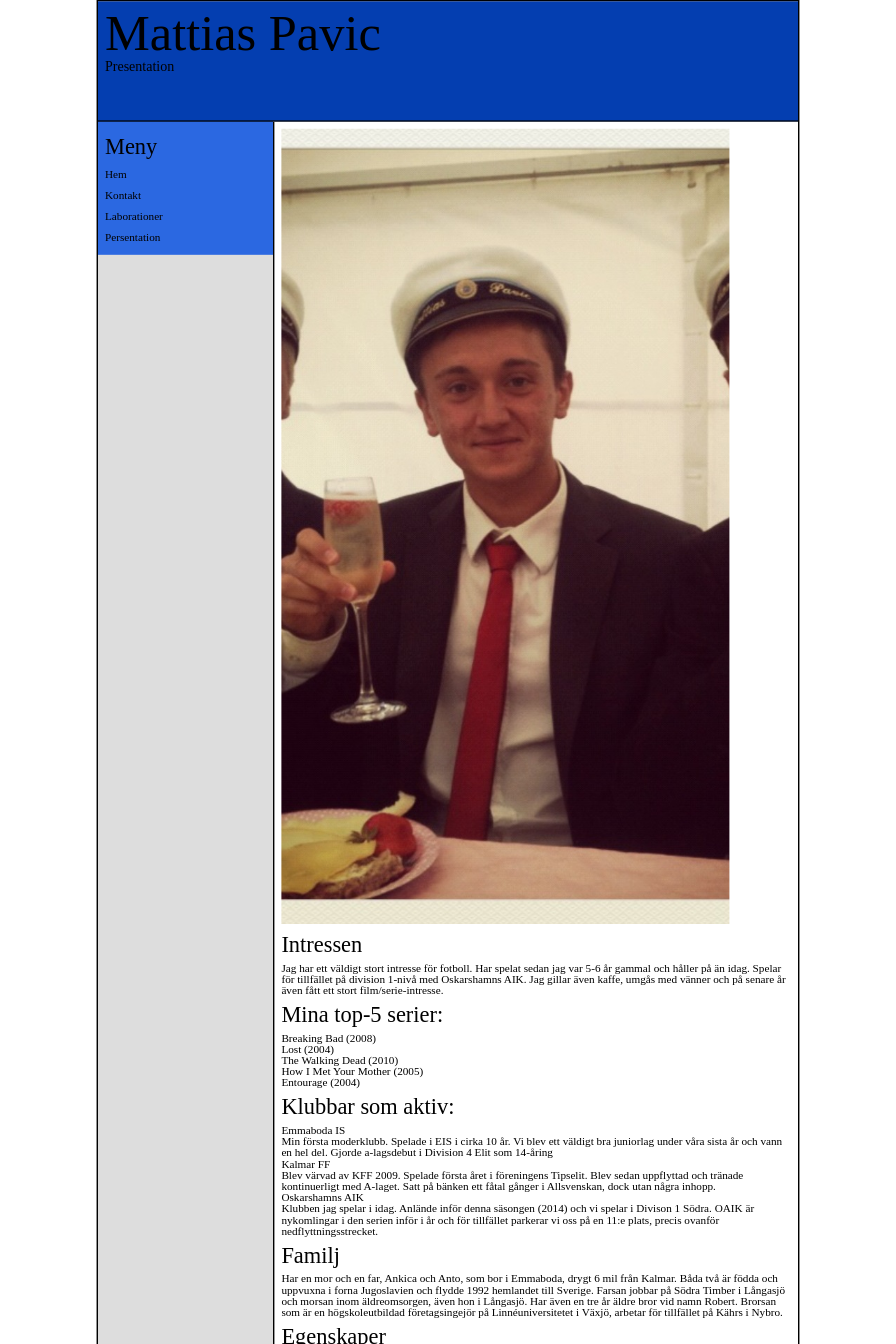
Repository: mp222sf/1ik415-laborationer
Page: pages/presentation.html
The author's editor kept a record of every edit. The page is drawn from the files as they stood at one moment, then again after the next edit.
The browser window is 1280 px wide. The pictures show the part of the page from y = 0 to 1920 px (the page is 2623 px tall), at 70% of full size.

Above is the page before.

### pages/presentation.html
<!doctype html>
<html lang="sv">
    <head>
        <meta charset="utf-8" />
        <title>Mattias Pavic</title>
        <link rel="stylesheet" href="../css/style.css" />
    </head>
    <body>
        <div id="cointainer">
            <div id="header">
                <h1>Mattias Pavic</h1>
                <h3>Presentation</h3>
            </div>
            <div id="navigation">
                <h4>Meny</h4>
                <a href="../index.html">Hem</a><br>
                <a href="kontakt.html">Kontakt</a><br>
                <a href="laborationer.html">Laborationer</a><br>
                <a href="presentation.html">Persentation</a><br>
            </div>
            <div id="content">
                <!--Här skriver vi infomationen om mina intressen.-->

                <p><img id="jag_presentation" src="../pics/jag_presentation.jpg" alt="Bild på Mattias Pavic" /></p>

                <h3>Intressen</h3>
                <p> Jag har ett väldigt stort intresse för fotboll. Har spelat sedan jag var 5-6 år gammal och håller på än idag.
                    Spelar för tillfället på division 1-nivå med Oskarshamns AIK.
                    Jag gillar även kaffe, umgås med vänner och på senare år även fått ett stort film/serie-intresse.</p>

                <h3>Mina top-5 serier:</h3>
                <ol>
                    <li><a target="_blank" href="http://www.imdb.com/title/tt0903747/?ref_=nv_sr_1">Breaking Bad</a> (2008)</li>
                    <li><a target="_blank" href="http://www.imdb.com/title/tt0411008/?ref_=nv_sr_1">Lost</a> (2004)</li>
                    <li><a target="_blank" href="http://www.imdb.com/title/tt1520211/?ref_=nv_sr_1">The Walking Dead</a> (2010)</li>
                    <li><a target="_blank" href="http://www.imdb.com/title/tt0460649/?ref_=nv_sr_1">How I Met Your Mother</a> (2005)</li>
                    <li><a target="_blank" href="http://www.imdb.com/title/tt0387199/?ref_=nv_sr_1">Entourage</a> (2004)</li>
                </ol>

                <h3>Klubbar som aktiv:</h3>
                <dl>
                    <dt><strong>Emmaboda IS</strong></dt>
                        <dd>Min första moderklubb. Spelade i EIS i cirka 10 år. Vi blev ett väldigt bra juniorlag under våra sista år och vann en hel del. Gjorde a-lagsdebut i Division 4 Elit som 14-åring</dd>
                    <dt><strong>Kalmar FF</strong></dt>
                        <dd>Blev värvad av KFF 2009. Spelade första året i föreningens Tipselit. Blev sedan uppflyttad och tränade kontinuerligt med A-laget. Satt på bänken ett fåtal gånger i Allsvenskan, dock utan några inhopp.</dd>
                    <dt><strong>Oskarshamns AIK</strong></dt>
                        <dd>Klubben jag spelar i idag. Anlände inför denna säsongen (2014) och vi spelar i Divison 1 Södra. OAIK är nykomlingar i den serien inför i år och för tillfället parkerar vi oss på en 11:e plats, precis ovanför nedflyttningsstrecket.</dd>
                </dl>

                <h3>Familj</h3>
                <p> Har en mor och en far, Ankica och Anto, som bor i Emmaboda, drygt 6 mil från Kalmar.
                    Båda två är födda och uppvuxna i forna Jugoslavien och flydde 1992 hemlandet till Sverige.
                    Farsan jobbar på Södra Timber i Långasjö och morsan inom äldreomsorgen, även hon i Långasjö.
                    Har även en tre år äldre bror vid namn Robert.
                    Brorsan som är en högskoleutbildad företagsingejör på Linnéuniversitetet i Växjö, arbetar för tillfället på Kährs i Nybro.</p>

                <!--Listan ger Error i Validator. Förstår ej?!.-->
                <h3>Egenskaper</h3>
                <ul>
                    <li><h4>Bra på?</h4>
                        <ul>
                            <li>Passa tider</li>
                            <li>Fotboll</li>
                            <li>Matematik</li>
                            <li>Sträckglo på tv-serier.</li>
                        </ul>
                    </li>
                   <li><h4>Något sämre på?</h4>
                        <ul>
                            <li>Kliva upp på morgon.</li>
                            <li>Komma ihåg saker.</li>
                        </ul>
                    </li>
                </ul>

                <h3>Tidigare utbildning</h3>
                <p> Studerade Samhällskunskap/Idrott på Stagneliusskolan och tog studenten därifrån 2012. Det var tre fantastiska år i Kalmar där jag kunde kombinera fotbollen med en bra och bred utbildning.</p>

                <h3>Arbetslivserfarenhet</h3>
                <p> Arbetade på Be-Ge Industri AB tidigare iår i drygt 5 månader.
                    Var anställd på en avdelning vid namn Vinga som tillverkade lastbilsstolar till företaget Scania.
                    Det är i stort sett min enda erfarenhet från arbetslivet då jag spelade fotboll på hög nivå i något år efter gymnasiet.</p>

                <h3>Programmerat tidigare</h3>
                <p> Jag har sysslat med lite kodning/programmering på fritiden.
                    Har främst gjort hemsidor med html, css och php.</p>

                <h3>Varför sökte jag?</h3>
                <p> Jag sökte utbildningen Webbprogrammerare eftersom jag gillar att koda.
                    Gillar att lösa problem och jag skulle villa lära mig ännu mer om programmering.</p>

                <h3>Tankar inför framtiden</h3>
                <p> Efter utbildningen skulle jag jättegärna vilja arbeta som programmerare eller något liknande.
                    Men i första hand skulle jag vilja spela fotboll på proffsnivå (Allsvenskan/Superettan) och efter en eventuell karriär då har möjligheten att arbeta med webbprogrammering.</p>
            </div>
            <div id="footer">
            MATTIAS PAVIC 2014.
            </div>

        </div>
    </body>
</html>

### css/style.css
/* http://meyerweb.com/eric/tools/css/reset/
   v2.0 | 20110126
   License: none (public domain)
*/

html, body, div, span, applet, object, iframe,
h1, h2, h3, h4, h5, h6, p, blockquote, pre,
a, abbr, acronym, address, big, cite, code,
del, dfn, em, img, ins, kbd, q, s, samp,
small, strike, strong, sub, sup, tt, var,
b, u, i, center,
dl, dt, dd, ol, ul, li,
fieldset, form, label, legend,
table, caption, tbody, tfoot, thead, tr, th, td,
article, aside, canvas, details, embed,
figure, figcaption, footer, header, hgroup,
menu, nav, output, ruby, section, summary,
time, mark, audio, video {
	margin: 0;
	padding: 0;
	border: 0;
	font-size: 100%;
	font: inherit;
	vertical-align: baseline;
}
/* HTML5 display-role reset for older browsers */
article, aside, details, figcaption, figure,
footer, header, hgroup, menu, nav, section {
	display: block;
}
body {
	line-height: 1;
}
ol, ul {
	list-style: none;
}
blockquote, q {
	quotes: none;
}
blockquote:before, blockquote:after,
q:before, q:after {
	content: '';
	content: none;
}
table {
	border-collapse: collapse;
	border-spacing: 0;
}


a:link {
    color:black;
    text-decoration: none;
}
a:visited {
    color:black;
    text-decoration: none;

}

a:hover {
    color:black;
    text-decoration: underline;
}



#cointainer {
    background-color:#dddddd;
    color:black;
    width:1000px;
    margin: 0 auto;
    text-align:left;
    border:2px;
    border-color:black;
    border-style:solid;
}
#header {
    background-color:#043EB0;
    color:black;
    text-align:left;
    height:150px;
    padding:10px;
    border-bottom:2px;
    border-color:black;
    border-style:solid;
}
#header h1 {
   font-size:72px;
}
#header h3 {
   font-size:20px;
}

#navigation {
    line-height:30px;
    background-color:#2B68E1;
    width:230px;
    float:left;
    padding:10px;
}
#navigation h4 {
    font-size:32px;
    margin-bottom:10px;
    margin-top:10px;
}
#navigation ul {
    list-style-type: square;
    margin-left:30px;
    font-size:12px;
}
#content {
    width:728px;
    background-color:white;
    float:left;
    padding:10px;
    border-left:2px;
    border-color:black;
    border-style:solid;
}
#content h3 {
   font-size:32px;
   margin-bottom:10px;
   margin-top:10px;
}
#content h4 {
   font-size:24px;
   margin-bottom:10px;
   margin-top:25px;
}
#big_buck_bunny {
    margin-bottom:10px;
    margin-top:10px;
}
#footer {
    background-color:black;
    color:white;
    clear:both;
    text-align:center;
    padding:10px;
}

After the next edit:
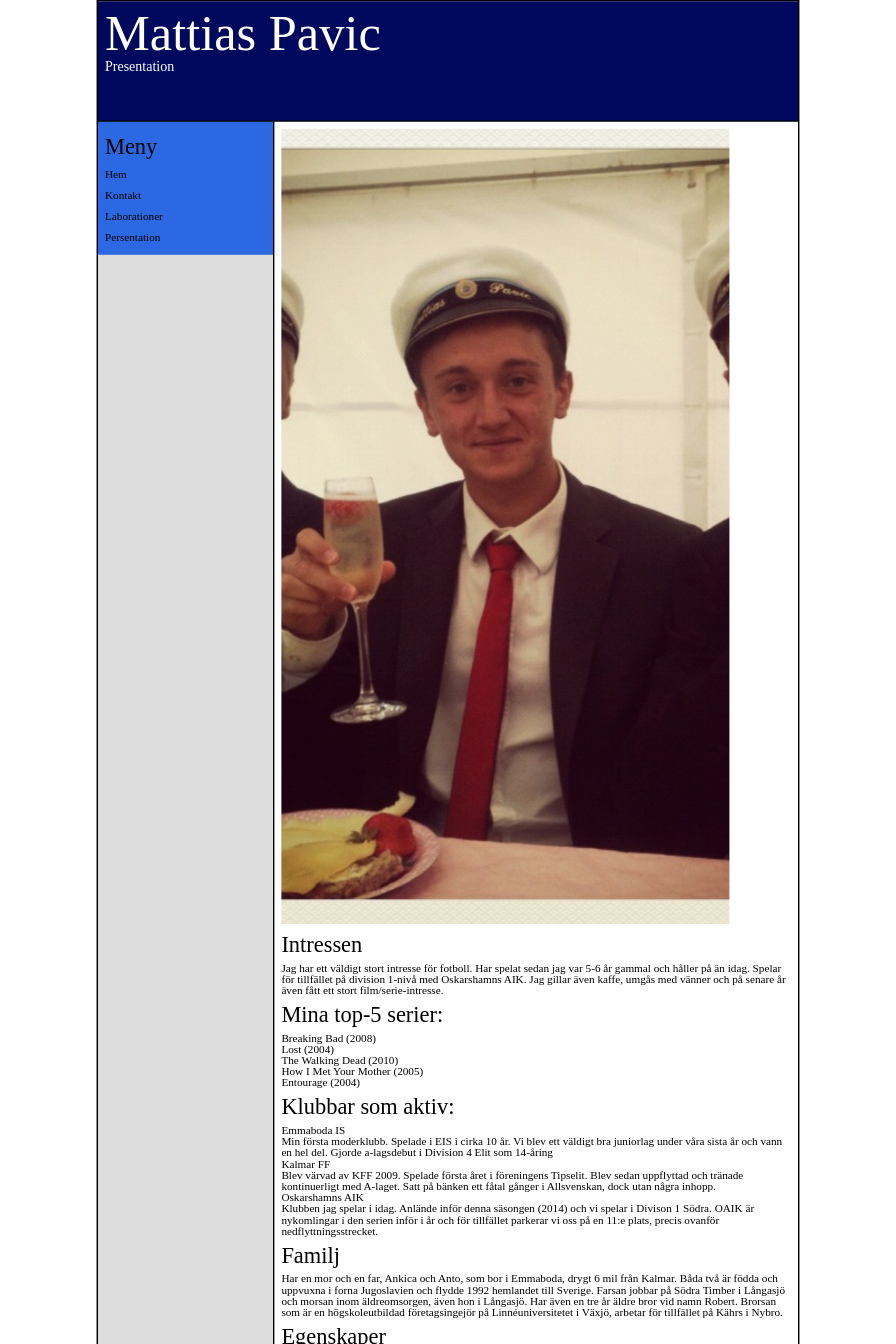
The edit:
--- a/css/style.css
+++ b/css/style.css
@@ -76,8 +76,8 @@
     border-style:solid;
 }
 #header {
-    background-color:#043EB0;
-    color:black;
+    background-color:#00095E;
+    color:white;
     text-align:left;
     height:150px;
     padding:10px;
